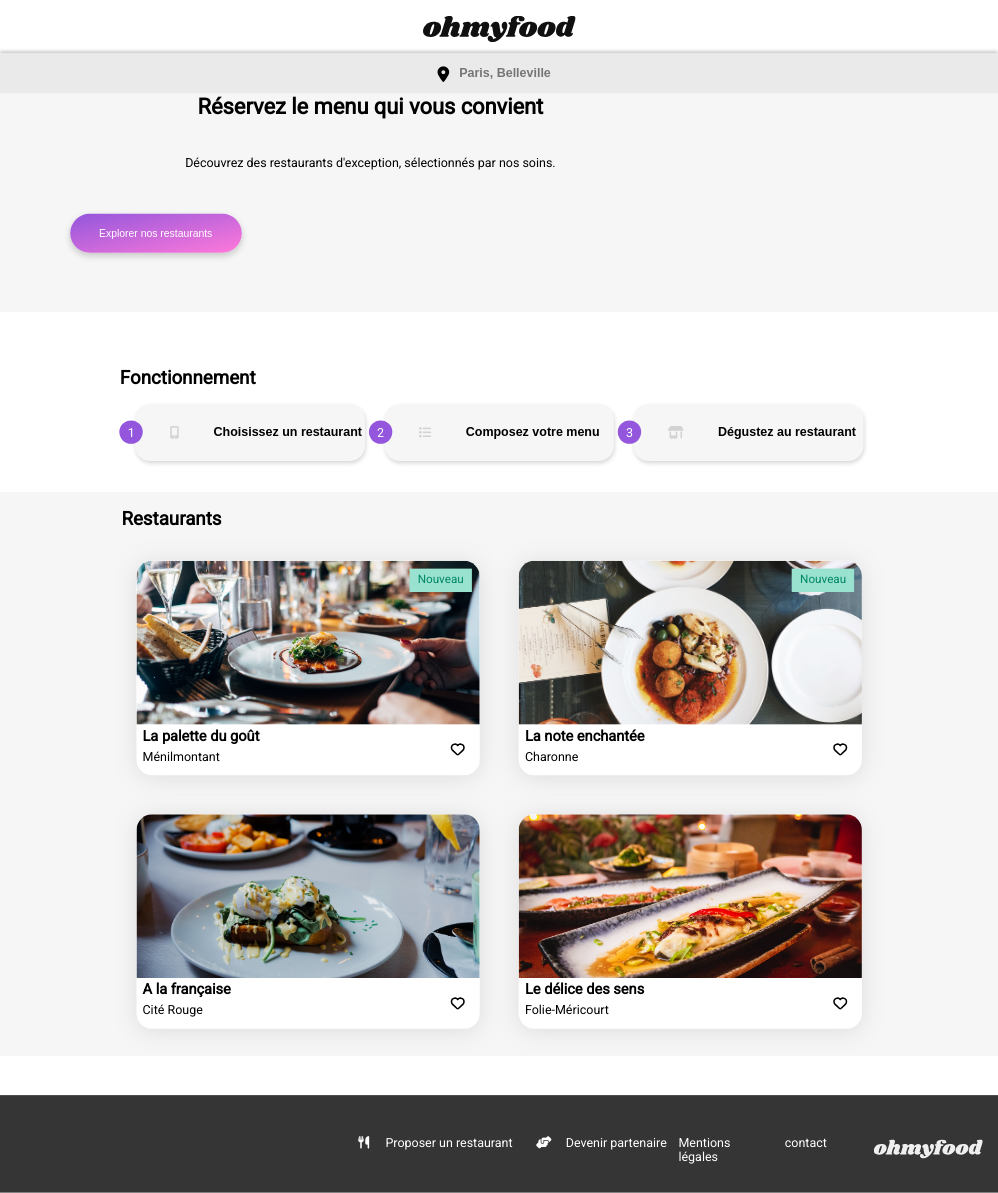
Repository: ByteVoyageur/OC-P4
Page: index.html
The author's editor kept a copy of each file at every save. The page is drawn from the files as they stood at one save, then again after the next save.
The browser window is 1280 px wide. The pictures show the whole page, at 78% of full size.
Some web fonts or font styles are not loaded; a fallback is used. The style sheet was rebuilt from its Sass, Less or Tailwind sources for each picture, by a compiler version that may differ from the author's.

Above is the page before, as saved 2023-09-28 14:34:52.

### index.html
<!DOCTYPE html>
<html lang="fr">

<head>
    <meta charset="UTF-8">
    <meta name="viewport" content="width=device-width, initial-scale=1.0">
    <title>Ohmyfood</title>
    <link rel="stylesheet" href="https://cdnjs.cloudflare.com/ajax/libs/font-awesome/6.2.1/css/all.min.css">
    <link rel="preconnect" href="https://fonts.googleapis.com">
    <link rel="preconnect" href="https://fonts.gstatic.com" crossorigin>
    <link href='https://fonts.googleapis.com/css?family=Roboto' rel='stylesheet'>
    <link href="https://fonts.googleapis.com/css2?family=Shrikhand&display=swap" rel="stylesheet">
    <link href="https://fonts.googleapis.com/css2?family=Bebas+Neue&display=swap" rel="stylesheet">
    <link rel="stylesheet" href="assets/css/style.css">
</head>

<body>
    <div class="promo-bouncer-animation">
        <div class="bouncer">
            <div></div>
            <div></div>
            <div></div>
        </div>
        <div class="promo-text">
            Profitez de <span class="highlight">50%</span> de réduction sur votre première commande !
        </div>
    </div>
    <div class="main-container">
        <header>
            <div class="logo">
                <img src="assets/images/logo/ohmyfood@2x.svg" alt="logo">
            </div>
            <form action="#" class="search-form">
                <i class="fa-solid fa-location-dot location-icon fa-lg"></i>
                <input type="text" name="search" placeholder="Paris, Belleville" class="search-input">
            </form>
        </header>
        <main>
            <section class="restaurants-intro">
                <h1>Réservez le menu qui vous convient</h1>
                <p>Découvrez des restaurants d'exception, sélectionnés par nos soins.</p>
                <button class="btn-exploration">Explorer nos restaurants</button>
            </section>

            <div class="fonctionnement">
                <h2>Fonctionnement</h2>
                <div class="steps-container">
                    <div class="step">
                        <span>1</span>
                        <button>
                            <i class="fa-solid fa-mobile-screen"></i>
                            <span>Choisissez un restaurant</span>
                        </button>
                    </div>
                    <div class="step">
                        <span>2</span>
                        <button>
                            <i class="fa-solid fa-list"></i>
                            <span>Composez votre menu</span>
                        </button>
                    </div>
                    <div class="step">
                        <span>3</span>
                        <button>
                            <i class="fa-solid fa-shop"></i>
                            <span>Dégustez au restaurant</span>
                        </button>
                    </div>
                </div>
            </div>

            <section class="restaurants-list">
                <h2>Restaurants</h2>
                <div class="restaurants-cards">
                    <a href="restaurants/laPaletteDuGout.html">
                        <article class="card">
                            <div class="card-image">
                                <img src="assets/images/restaurants/jay-wennington-N_Y88TWmGwA-unsplash.jpg"
                                    alt="restaurant">
                                <span class="card-tag">Nouveau</span>
                            </div>
                            <div class="card-content">
                                <div class="card-txt">
                                    <h3>La palette du goût</h3>
                                    <p>Ménilmontant</p>
                                </div>
                                <div class="card-rating">
                                    <i class="fa-solid fa-heart"></i>
                                </div>
                            </div>
                        </article>
                    </a>
                    <a href="restaurants/laNoteEnchantee.html">
                        <article class="card">
                            <div class="card-image">
                                <img src="assets/images/restaurants/stil-u2Lp8tXIcjw-unsplash.jpg" alt="restaurant">
                                <span class="card-tag">Nouveau</span>
                            </div>
                            <div class="card-content">
                                <div class="card-txt">
                                    <h3>La note enchantée</h3>
                                    <p>Charonne</p>
                                </div>
                                <div class="card-rating">
                                    <i class="fa-solid fa-heart"></i>
                                </div>
                            </div>
                        </article>
                    </a>
                    <a href="restaurants/aLaFrancaise.html">
                        <article class="card">
                            <div class="card-image">
                                <img src="assets/images/restaurants/toa-heftiba-DQKerTsQwi0-unsplash.jpg"
                                    alt="restaurant">
                            </div>
                            <div class="card-content">
                                <div class="card-txt">
                                    <h3>A la française</h3>
                                    <p>Cité Rouge</p>
                                </div>
                                <div class="card-rating">
                                    <i class="fa-solid fa-heart"></i>
                                </div>
                            </div>
                        </article>
                    </a>
                    <a href="restaurants/leDeliceDesSens.html">
                        <article class="card">
                            <div class="card-image">
                                <img src="assets/images/restaurants/louis-hansel-shotsoflouis-qNBGVyOCY8Q-unsplash.jpg"
                                    alt="restaurant">
                            </div>
                            <div class="card-content">
                                <div class="card-txt">
                                    <h3>Le délice des sens</h3>
                                    <p>Folie-Méricourt</p>
                                </div>
                                <div class="card-rating">
                                    <i class="fa-solid fa-heart"></i>
                                </div>
                            </div>
                        </article>
                    </a>
                </div>
            </section>
        </main>
        <footer>
            <div class="footer-logo">
                <img src="assets/images/logo/ohmyfood@2x.svg" alt="logo">
            </div>
            <div class=" footer-social">
                <ul>
                    <li class="proposer-un-restaurant">
                        <i class="fa-solid fa-utensils"></i>
                        <a href="#">Proposer un restaurant</a>
                    </li>
                    <li class="devenir-partenaire">
                        <i class="fa-solid fa-handshake-angle"></i>
                        <a href="#">Devenir partenaire</a>
                    </li>
                    <li><a href="#">Mentions légales</a></li>
                    <li><a href="mailto:example@example.com">contact</a></li>
                </ul>
            </div>
        </footer>
    </div>

</body>

</html>

### sass/style.scss
@import 'color';
@import 'body';
@import 'header';
@import 'footer';
@import 'animation-loading';
@import 'heart-hover-effect';
@import 'mixin';

.btn-exploration {
  @include btn-exploration-style;
  background: linear-gradient(
    175deg,
    $color-Primaire 0%,
    $color-Secondaire 100%
  );
  box-shadow: 0px 4px 10px 0px rgba(0, 0, 0, 0.2);

  &:hover {
    box-shadow: 0px 4px 20px 0px rgba(0, 0, 0, 0.2);
    transform: scale(1.05);
  }
}

.btn-exploration {
  @include btn-exploration-style;
  background: linear-gradient(
    to bottom right,
    $color-Primaire,
    $color-Secondaire
  );

  &:hover {
    background: linear-gradient(
      to bottom right,
      $color-Primaire,
      $color-Secondaire 80%
    );
    box-shadow: 0px 10px 20px rgba(0, 0, 0, 0.2);
    transform: scale(1.05);
  }
}

.restaurants-intro,
.restaurants-list {
  display: flex;
  background-color: #f6f6f6;
  width: 100%;
  flex-direction: column;
  gap: 20px;
  margin-bottom: 50px;
  padding: 0 7%;
}

.restaurants-intro {
  height: 350px;
  color: black;

  h1 {
    width: 70%;
    font-size: 1.75em;
    font-weight: bold;
    margin-bottom: 10px;
    text-align: center;
    margin-top: 0;
  }

  p {
    width: 70%;
    font-size: 1.2em;
    text-align: center;
  }
}

.fonctionnement {
  width: 100%;
  display: flex;
  flex-direction: column;

  .steps-container {
    display: flex;
    flex-direction: column;
    align-items: center;
    width: 100%;
    gap: 25px;
    margin-bottom: 50px;

    .step {
      display: flex;
      flex-direction: row;
      align-items: center;
      justify-content: center;
      width: 85%;
      position: relative;

      span:nth-child(1) {
        background-color: $color-Primaire;
        border-radius: 50%;
        color: white;
        width: 30px;
        height: 30px;
        display: flex;
        align-items: center;
        justify-content: center;
        position: absolute;
        left: -20px;
        z-index: 2;
      }
    }

    button {
      width: 100%;
      background-color: #f6f6f6;
      font-weight: bold;
      font-size: 1em;
      border-radius: 20px;
      height: 73px;
      display: flex;
      align-items: center;
      justify-content: flex-start;
      box-shadow: 1px 3px 6px rgba(0, 0, 0, 0.16);
      gap: 15%;
      padding: 0;
      border: none;
      cursor: pointer;
      position: relative;
      z-index: 1;

      &:hover i {
        color: $color-Primaire;
      }

      i {
        color: #d2d2d2;
        padding-left: 15%;
      }

      span {
        text-align: center;
      }
    }
  }
}

h2 {
  margin-left: 6%;
}

.restaurants-cards {
  @include flex-center;
  flex-wrap: wrap;
  gap: 20px;
}

a {
  color: black;
  text-decoration: none;
  width: 90%;
  height: auto;
  display: flex;
  flex-direction: column;

  .card {
    @include card-style;

    img {
      width: 100%;
      height: 210px;
      object-fit: cover;
      border-top-left-radius: 20px;
      border-top-right-radius: 20px;
      position: relative;
    }

    span {
      position: absolute;
      width: 80px;
      height: 30px;
      top: 10px;
      right: 10px;
      background-color: $color-Tertiaire;
      color: #008766;
      font-size: 15px;
      padding: 5px;
      text-align: center;
    }

    .card-content {
      display: flex;
      flex-direction: row;
      justify-content: space-between;

      .card-rating {
        margin-right: 10px;
        margin-top: 10px;
      }

      .card-txt {
        display: flex;
        flex-direction: column;
        gap: 5px;
        margin-left: 8px;
        margin-bottom: 15px;

        h3 {
          margin: 0;
        }

        p {
          margin: 0;
        }
      }
    }
  }
}

@media (min-width: 1024px) {
  .restaurants-intro {
    height: 280px;

    p {
      font-size: medium;
    }

    .btn-exploration {
      width: 220px;
    }
  }

  .fonctionnement {
    flex-direction: column;
    justify-content: center;

    h2 {
      margin-left: 12%;
    }

    .steps-container {
      display: flex;
      flex-direction: row;
      justify-content: center;
      margin-bottom: 40px;

      .step {
        flex-direction: row;
        width: 23%;
      }
    }
  }

  .restaurants-list {
    .restaurants-cards {
      flex-direction: row;
      gap: 50px;
      margin-bottom: 35px;

      a {
        width: 40%;
      }
    }
  }
}

### sass/color.scss
$color-Primaire: #9356dc;
$color-Secondaire: #ff79da;
$color-Tertiaire: #99e2d0;

### sass/body.scss
* {
  box-sizing: border-box;
}
html,
body {
  margin: 0;
  padding: 0;
  background-color: #ffffff;
  font-family: 'Roboto', sans-serif;
}

body {
  .main-container {
    margin: 0;
    padding: 0;
    display: flex;
    flex-direction: column;
    align-items: center;
    justify-content: center;

    main {
      display: flex;
      flex-direction: column;
      align-items: center;
      justify-content: center;
      width: 100%;
    }
  }
}

### sass/header.scss
header {
  width: 100%;
  height: 120px;
  background-color: white;
  display: flex;
  flex-direction: column;
  justify-content: center;
  align-items: center;
  .logo {
    margin-top: 20px;
    margin-bottom: 10px;
  }
  .search-form {
    width: 100%;
    height: 60px;
    background-color: #eaeaea;
    display: flex;
    justify-content: center;
    align-items: center;
    box-shadow: 0px -2px 4px rgba(0, 0, 0, 0.2);
    .location-icon {
      margin-right: 10px;
    }

    .search-input {
      font-size: 1em;
      font-weight: bold;
      border: none;
      background-color: transparent;
      width: auto;
      max-width: 15ch;
      border: 1px solid transparent;
      &:focus {
        outline: none;
        border: none;
      }
    }
  }
}

### sass/footer.scss
footer {
  width: 100%;
  background-color: #353535;
  display: flex;
  flex-direction: column;
  justify-content: flex-start;
  align-items: flex-start;
  padding: 20px;

  i {
    color: white;
  }

  .footer-social {
    display: flex;
    flex-direction: column;
    align-items: flex-start;
    gap: 15px;
    margin-top: 5px;

    ul {
      list-style-type: none;
      padding: 0;
      li {
        display: flex;
        flex-direction: row;
        gap: 20px;
        align-items: baseline;

        .fa-solid,
        .fas {
          width: 18px;
        }
        .my-custom-icon {
          font-size: 16px;
        }
      }
      gap: 5px;
    }

    a {
      color: white;
      text-decoration: none;
      font-size: 1em;
      margin-top: 10px;
      &:hover {
        text-decoration: underline;
      }
    }
  }
}
.footer-logo img {
  filter: invert(1);
}

@media (min-width: 1024px) {
  footer {
    flex-direction: row-reverse;
    align-items: center;
    gap: 50px;
    img {
      margin-top: 18px;
      width: 140px;
      height: 30px;
    }
    ul {
      display: flex;
      flex-direction: row;
      li {
        gap: 10px;
        a {
          margin-right: 10px;
        }
      }

      .fa-solid {
        margin-left: 12px;
      }
    }
  }
}

### sass/animation-loading.scss
@import 'color';
@import 'mixin';

.promo-bouncer-animation {
  position: fixed;
  top: 0;
  left: 0;
  width: 100%;
  height: 100%;
  background-color: $color-Primaire;
  animation: fadeOut 3.5s cubic-bezier(0.5, 0, 0.5, 0.2) forwards;
  z-index: 10;
  pointer-events: none;
}

.promo-text {
  font-family: 'Bebas Neue', sans-serif;
  font-size: 3em;
  text-shadow: 4px 4px 8px rgba(0, 0, 0, 0.6);
  color: white;
  position: absolute;
  top: 40%;
  left: 50%;
  transform: translate(-50%, -50%);
  z-index: 11;
}

.promo-text .highlight {
  font-size: 2em;
}

.content {
  opacity: 0;
  transition: opacity 1s;
  position: relative;
}

@keyframes fadeOut {
  0% {
    opacity: 1;
  }
  100% {
    opacity: 0;
    height: 100%;
    width: 100%;
  }
}

@keyframes highlightPulse {
  0%,
  100% {
    font-size: 2em;
  }
  50% {
    font-size: 2.5em;
  }
}

.promo-text .highlight {
  font-size: 2em;
  display: inline-block;
  animation: highlightPulse 2s;
}

@keyframes bounce {
  0%,
  20%,
  50%,
  80%,
  100% {
    transform: translateY(0);
  }
  40% {
    transform: translateY(-150%);
  }
  60% {
    transform: translateY(-75%);
  }
}

.bouncer {
  display: flex;
  justify-content: space-between;
  position: absolute;
  top: 20%;
  left: 50%;
  transform: translateX(-50%);
  width: 100px;
  margin: 0 auto;
}

.bouncer div {
  width: 20px;
  height: 20px;
  background-color: #ece2e2;
  border-radius: 100%;
  animation: bounce 1.5s infinite ease-in-out;
}

.bouncer div:nth-child(2) {
  animation-delay: -0.4s;
}

.bouncer div:nth-child(3) {
  animation-delay: -0.8s;
}

### sass/mixin.scss
@mixin btn-exploration-style {
  border-radius: 40px;
  color: white;
  height: 50px;
  width: 58%;
  border: none;
  margin-top: 20px;
  transition: all 0.3s ease-in-out;
}

@mixin flex-center {
  display: flex;
  justify-content: center;
  align-items: center;
}

@mixin card-style {
  width: 100%;
  display: flex;
  flex-direction: column;
  background-color: white;
  border-radius: 20px;
  filter: drop-shadow(0px 3px 15px rgba(0, 0, 0, 0.1));
  transition: all 0.2s;
}

@mixin ellipsis {
  overflow: hidden;
  text-overflow: ellipsis;
  white-space: nowrap;
}

### sass/heart-hover-effect.scss
@import 'color';

.fa-heart {
  color: transparent;
  -webkit-text-stroke: 2px black;
  padding: 10px;
}

.fa-heart:hover {
  -webkit-text-stroke: 0 black;
  animation: display-coeur 2s ease forwards;
}

@keyframes display-coeur {
  0% {
    transform: scale(0.7);
    color: transparent;
  }

  50% {
    transform: scale(1.5);
    -webkit-background-clip: text;
    background-image: linear-gradient(
      to bottom right,
      $color-Primaire,
      $color-Secondaire
    );
  }
  100% {
    transform: scale(1);
    -webkit-background-clip: text;
    background-image: linear-gradient(
      to bottom right,
      $color-Primaire,
      $color-Secondaire
    );
  }
}

After the next save:
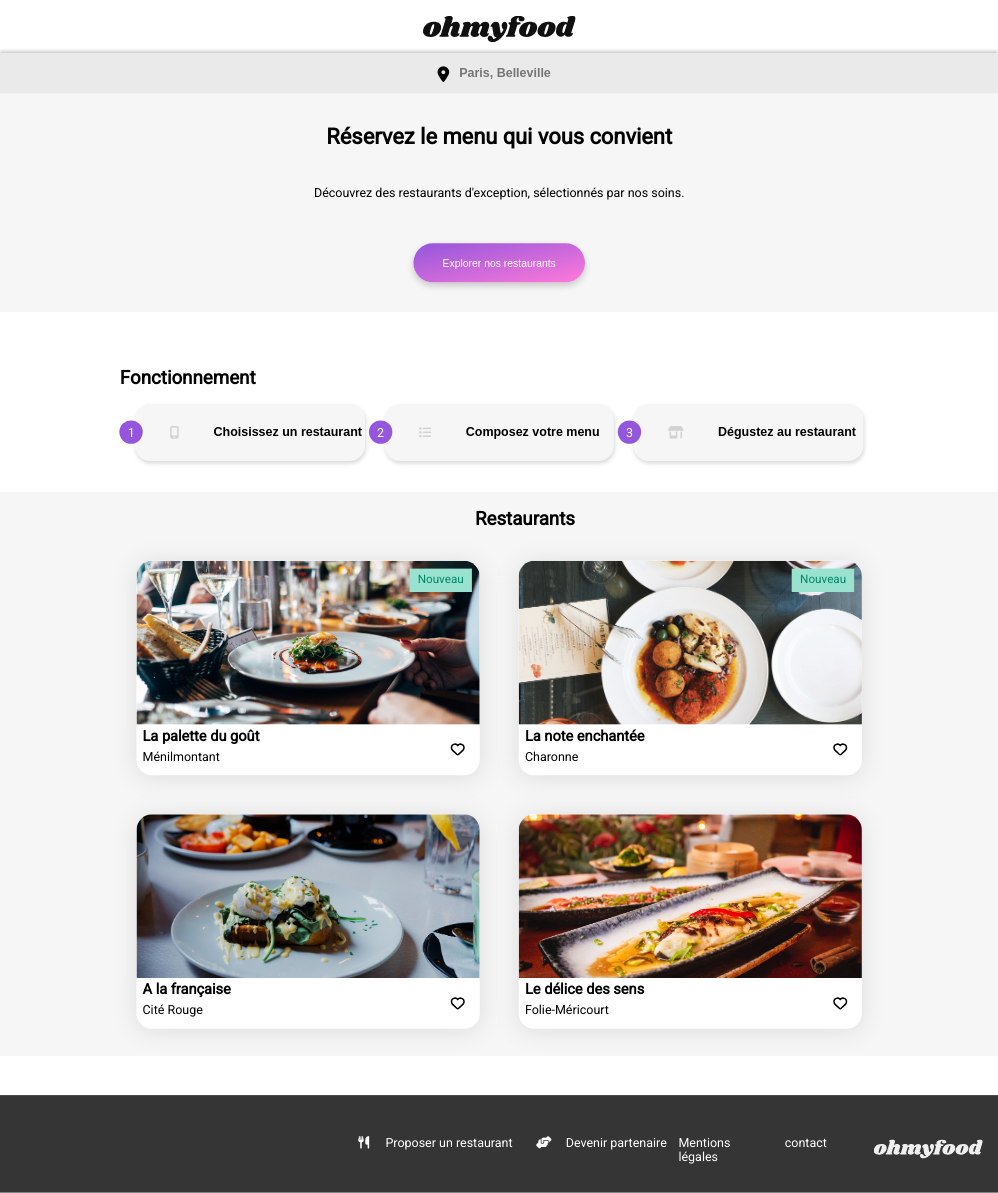
Saved 2 min 54 s later.
--- a/sass/style.scss
+++ b/sass/style.scss
@@ -42,6 +42,7 @@
 
 .restaurants-intro,
 .restaurants-list {
+  @include flex-center;
   display: flex;
   background-color: #f6f6f6;
   width: 100%;
